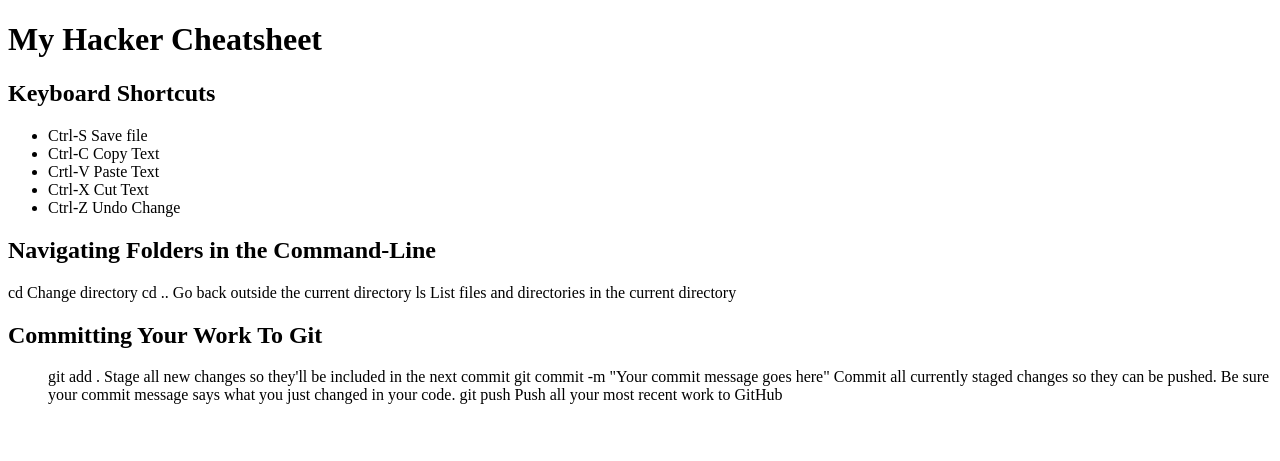
Repository: normansinegar/normansinegar.github.io
Page: cheatsheet.html
The author's editor kept a record of every edit. The page is drawn from the files as they stood at one moment, then again after the next edit.
The browser window is 1280 px wide. The pictures show the whole page.

Above is the page before.

After the next edit:
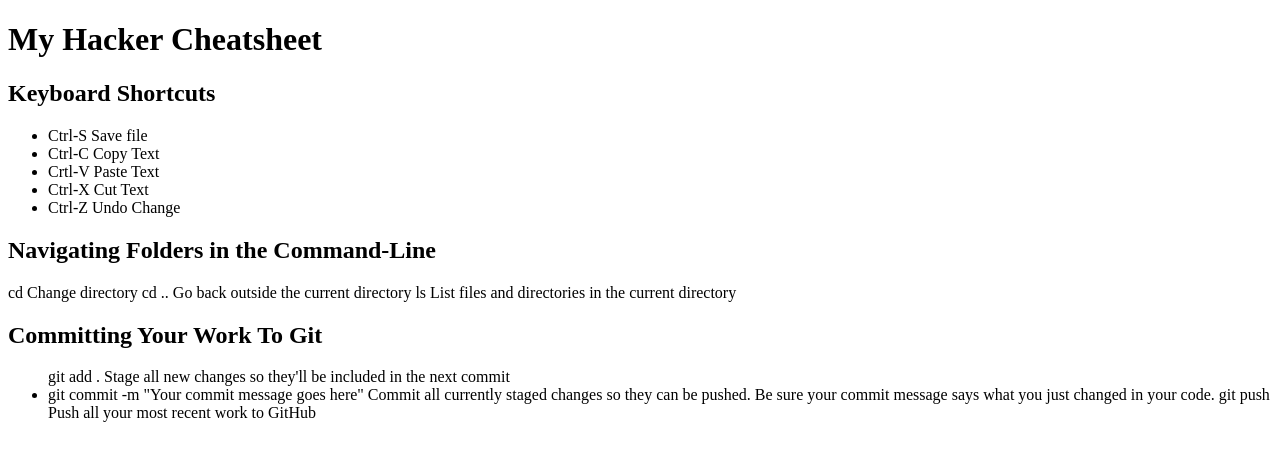
The edit:
--- a/cheatsheet.html
+++ b/cheatsheet.html
@@ -44,7 +44,8 @@
                 <il>
                 git add .
                 Stage all new changes so they'll be included in the next commit
-
+                </il>
+                <li>
                 git commit -m "Your commit message goes here"
                 Commit all currently staged changes so they can be pushed. Be sure your commit message says what you just changed in your code.
 
